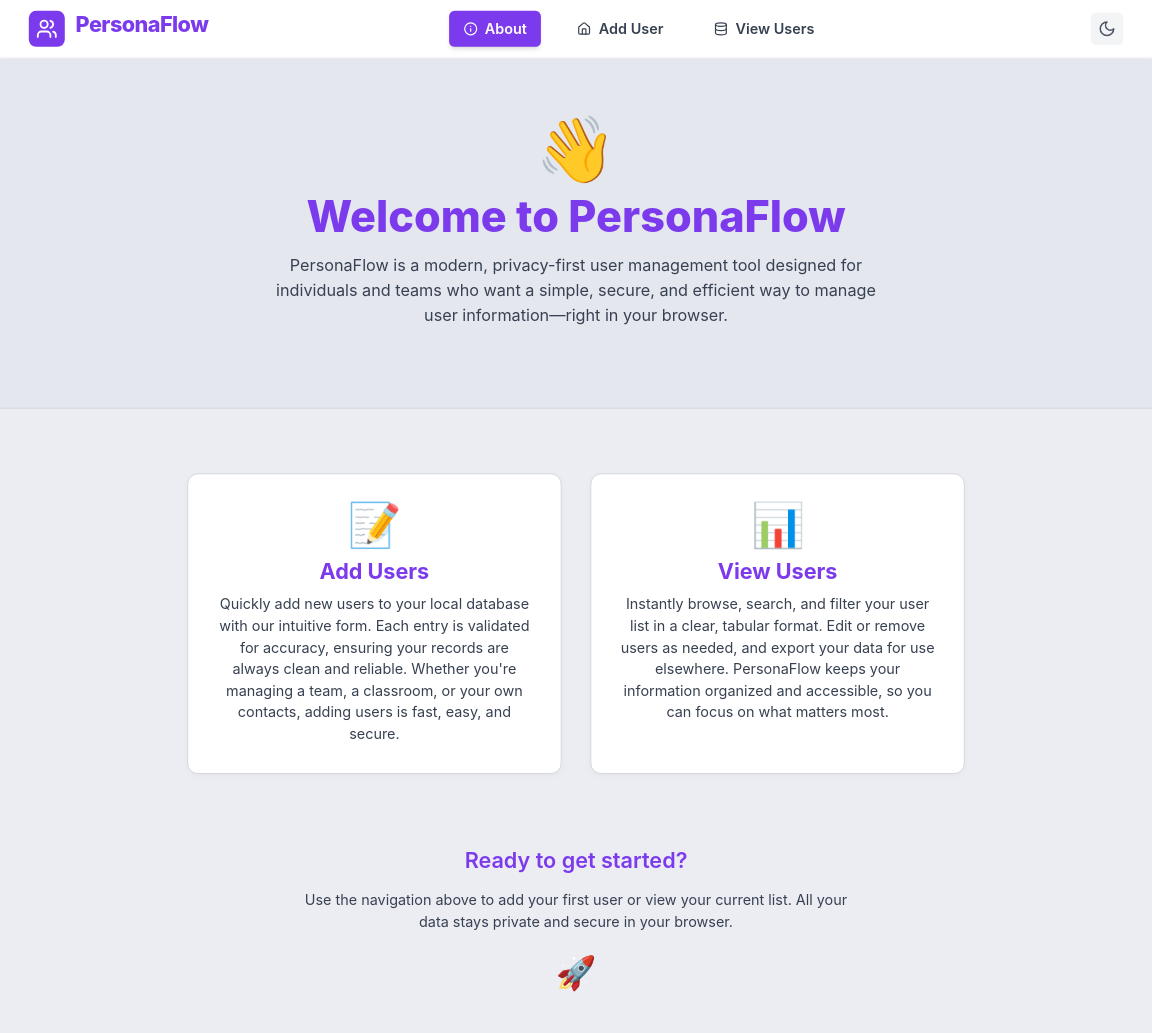
Repository: nikunjagarwal05/PersonaFlow
Page: /
These files come from the project's save history. The page is drawn as it stood at one moment and after a run of saves; the edit follows.
The browser window is 1280 px wide. The pictures show the whole page, at 90% of full size.
The project was rebuilt for these pictures with package versions that can differ from the ones it lists, and the page was loaded fresh each time. Also part of the build but not shown: vite.config.ts, src/components/Toast.jsx, src/components/UserForm.jsx, src/utils/localStorage.js, src/pages/Home.jsx, src/components/UserTable.jsx, src/components/SearchBar.jsx, src/components/Pagination.jsx and 2 more.

Above is the page before, as saved 2025-06-10 18:13:50.

After the next 2 saves:
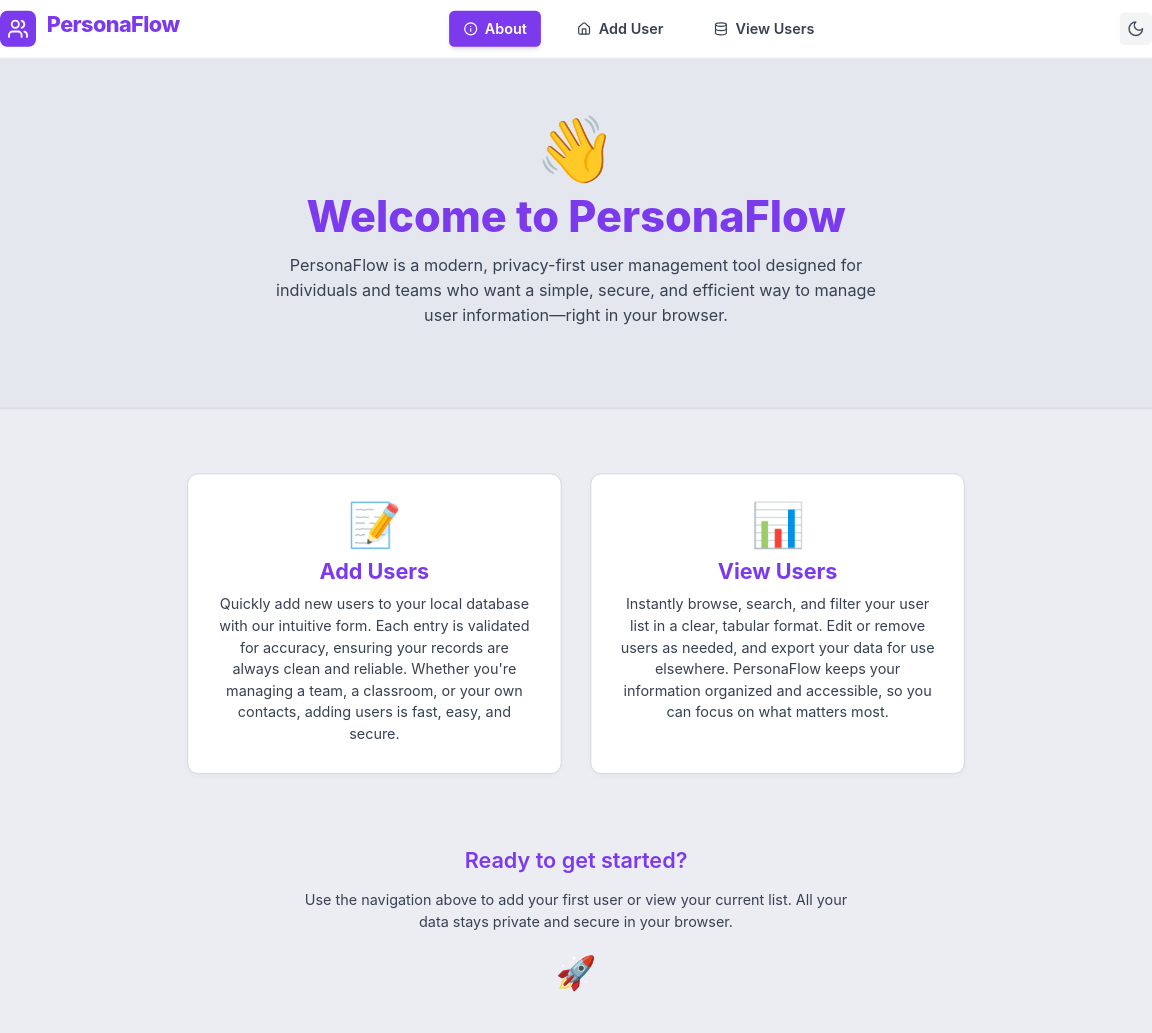
The 2 saves are shown as one change because they came seconds apart.
The last was saved 9 s later.
--- a/src/components/Navbar.jsx
+++ b/src/components/Navbar.jsx
@@ -8,7 +8,7 @@ const Navbar = ({ darkMode, toggleDarkMode }) => {
 
   return (
     <nav className="sticky top-0 z-40 bg-white dark:bg-gray-900 border-b border-gray-200 dark:border-gray-700 shadow-sm">
-      <div className="max-w-7xl mx-auto  sm:px-6 lg:px-8">
+      <div className="max-w-7xl mx-auto">
         <div className="flex justify-between items-center h-16 w-full">
 
           {/* App Name at far left */}
